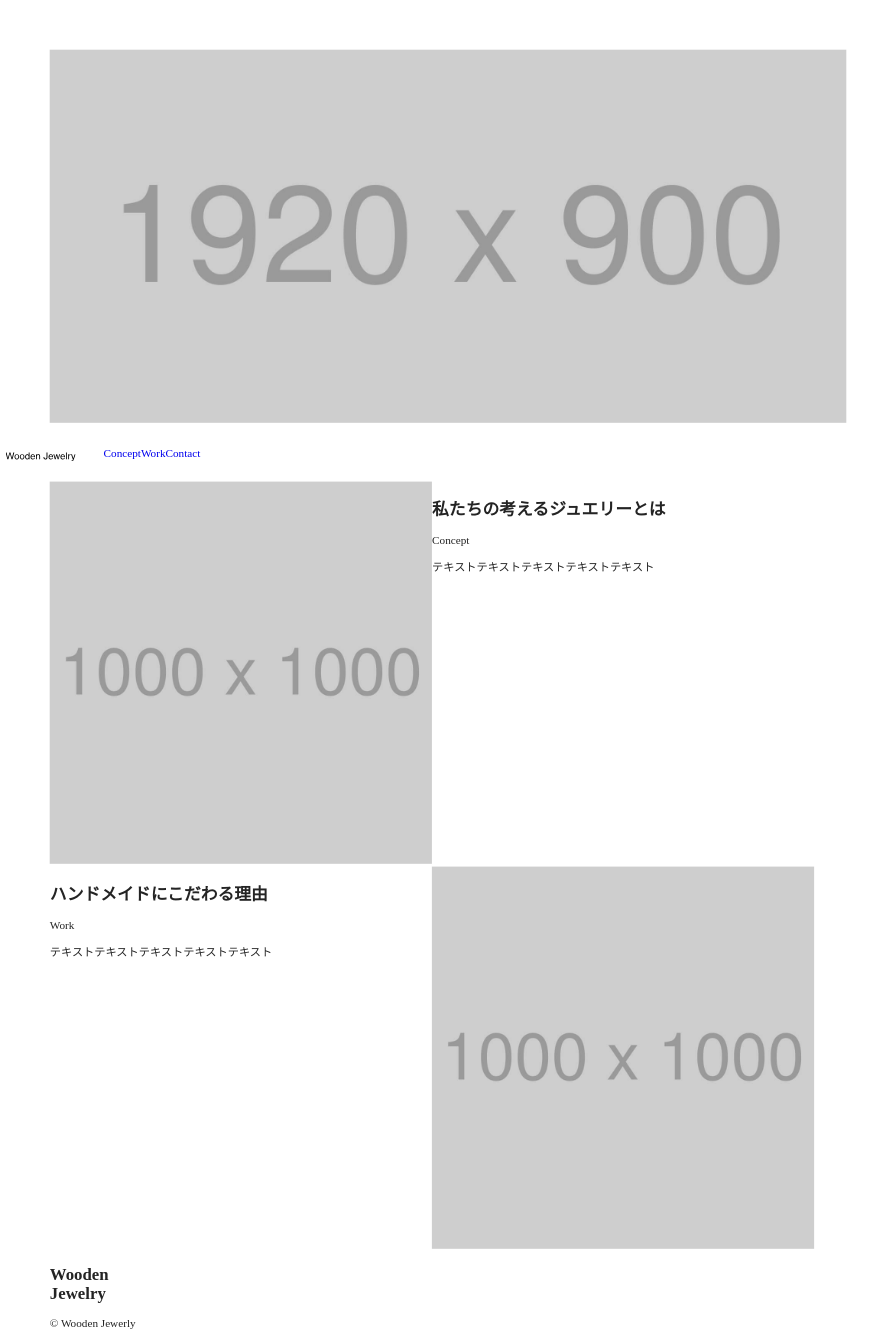
Repository: Fuki-san/jewelry
Page: http://localhost/jewelry
The author's editor kept a copy of each file at every save. The page is drawn from the files as they stood at one save, then again after the next save.
The browser window is 1280 px wide. The pictures show the whole page, at 70% of full size.
The page is served by the project's Laravel application, run on PHP 8.4 with Laravel 10. Other server files are loaded and not shown.

Above is the page before, as saved 2023-11-25 14:34:03.

### routes/web.php
<?php

use Illuminate\Support\Facades\Route;

/*
|--------------------------------------------------------------------------
| Web Routes
|--------------------------------------------------------------------------
|
| Here is where you can register web routes for your application. These
| routes are loaded by the RouteServiceProvider and all of them will
| be assigned to the "web" middleware group. Make something great!
|
*/

Route::get('/', function () {
    return view('welcome');
});

Route::get('jewelry', function () {
    return view('jewelry');
});

### resources/views/jewelry.blade.php
@extends('layouts.main')

@section('title', 'jewelry')

@section('content')
    <div id="mainvisual">
        <img src="img/mainvisual.jpg">
    </div>
    <header id="header">
        <h1 class="site-title"><a href="#"><img src="img/logo.svg"></a></h1>
        <nav>
            <ul>
                <li><a href="#concept">Concept</a></li>
                <li><a href="#work">Work</a></li>
                <li><a href="mailto:xxx@xxx.xxx?subject=お問い合わせ">Contact</a></li>
            </ul>
        </nav>
    </header>

    <div class="container">
        <main>
            <section id="concept" class="content">
                <div class="img">
                    <img src="img/concept.jpg">
                </div>
                <div class="text">
                    <h2 class="section-title">私たちの考えるジュエリーとは</h2>
                    <span class="section-title-en">Concept</span>
                    <p>テキストテキストテキストテキストテキスト</p>
                </div>
            </section>

            <section id="work" class="content">
                <div class="text">
                    <h2 class="section-title">ハンドメイドにこだわる理由</h2>
                    <span class="section-title-en">Work</span>
                    <p>テキストテキストテキストテキストテキスト</p>
                </div>
                <div class="img">
                    <img src="img/work.jpg">
                </div>
            </section>
        </main>

        <footer id="footer">
            <h2 class="site-title">Wooden Jewelry</h2>
            <p class="copyright">&copy; Wooden Jewerly</p>
        </footer>
    </div>

@endsection

### resources/views/layouts/main.blade.php
<!DOCTYPE html>
<html lang="ja">
<head>
    <meta charset="UTF-8">
    <meta name="viewport" content="width=device-width, initial-scale=1.0">
    <meta http-equiv="X-UA-Compatible" content="ie=edge">
    <link rel="stylesheet" href="{{ asset('css/reset.css') }}">
    <link rel="stylesheet" href="{{ asset('css/style.css') }}">
    <link rel="icon" href="img/favicon.ico">
    <title>@yield('title')</title>
</head>
<body>
    @yield('content')
</body>
</html>

### public/css/style.css
html{
    font-size: 100%;
}
body{
    /* font-family: ; */
    color: #242424;
    font-size: ;
}
li{
    list-style: none;
}
a{
    text-decoration: none;
}
.container{
    padding: 0 5%;
}

img{
    max-width: 100%;
}
.content{
    display: flex;
}
.img{
    width: 48%;
}
.text{
    width: 48%;
}

#mainvisual{
    padding: 5% 5% 0 5%;
}
.site-title{
    width: 100px;
}
#header{
    display: flex;
    align-items: center;
}
#header ul{
    display: flex;
}

### public/img/logo.svg
<?xml version="1.0" encoding="utf-8"?>
<!-- Generator: Adobe Illustrator 15.1.0, SVG Export Plug-In . SVG Version: 6.00 Build 0)  -->
<!DOCTYPE svg PUBLIC "-//W3C//DTD SVG 1.1//EN" "http://www.w3.org/Graphics/SVG/1.1/DTD/svg11.dtd">
<svg version="1.1" id="レイヤー_1" xmlns="http://www.w3.org/2000/svg" xmlns:xlink="http://www.w3.org/1999/xlink" x="0px"
	 y="0px" width="1000px" height="140px" viewBox="0 0 1000 140" enable-background="new 0 0 1000 140" xml:space="preserve">
<g>
	<path d="M39.405,111.195H25.498L0,13.294h14.317l18.271,79.63h0.273l21.952-79.63h14.454l21.953,79.63h0.273l18.271-79.63h14.59
		l-25.771,97.901H84.674l-22.362-81.13H62.04L39.405,111.195z"/>
	<path d="M160.348,37.837c22.771,0,33.133,19.226,33.133,37.634c0,18.407-10.362,37.633-33.133,37.633
		c-22.771,0-33.134-19.226-33.134-37.633C127.214,57.063,137.577,37.837,160.348,37.837z M160.348,102.741
		c17.18,0,20.726-17.726,20.726-27.27c0-9.545-3.545-27.271-20.726-27.271c-17.181,0-20.725,17.726-20.725,27.271
		C139.623,85.015,143.167,102.741,160.348,102.741z"/>
	<path d="M236.16,37.837c22.771,0,33.133,19.226,33.133,37.634c0,18.407-10.362,37.633-33.133,37.633
		c-22.771,0-33.134-19.226-33.134-37.633C203.026,57.063,213.389,37.837,236.16,37.837z M236.16,102.741
		c17.18,0,20.726-17.726,20.726-27.27c0-9.545-3.545-27.271-20.726-27.271c-17.181,0-20.725,17.726-20.725,27.271
		C215.435,85.015,218.979,102.741,236.16,102.741z"/>
	<path d="M342.105,111.195h-11.318v-9.817h-0.272c-5.182,9.681-13.362,11.863-20.316,11.863c-24.271,0-31.361-22.771-31.361-39.815
		c0-20.044,10.772-35.588,29.724-35.588c12.954,0,18.408,8.045,21.271,12.136l0.273-0.955V13.294h12V111.195z M310.471,102.877
		c7.637,0,19.499-5.044,19.499-23.998c0-11.59-1.909-30.271-19.226-30.271c-18.544,0-19.499,17.59-19.499,26.725
		C291.245,91.015,297.381,102.877,310.471,102.877z"/>
	<path d="M419.28,88.833c-0.408,3.409-3.681,13.499-12.681,19.499c-3.272,2.181-7.908,4.909-19.362,4.909
		c-20.043,0-31.907-15.135-31.907-35.725c0-22.089,10.636-39.679,34.225-39.679c20.589,0,30.679,16.363,30.679,41.588h-52.086
		c0,14.862,6.954,23.452,20.726,23.452c11.317,0,17.998-8.727,18.408-14.044H419.28z M407.827,69.88
		c-0.682-11.044-5.317-21.271-19.907-21.271c-11.045,0-19.771,10.227-19.771,21.271H407.827z"/>
	<path d="M492.638,111.195h-11.999V67.29c0-12.408-3.545-18.681-15.271-18.681c-6.817,0-18.817,4.363-18.817,23.726v38.86h-11.998
		V39.882h11.317v10.09h0.273c2.59-3.818,9.271-12.136,21.543-12.136c11.044,0,24.952,4.5,24.952,24.816V111.195z"/>
	<path d="M554.132,79.697v6.818c0,11.726,5.591,15.953,14.727,15.953c12.271,0,15.68-7.363,15.68-16.908V13.294h13.227v71.449
		c0,22.907-14.999,29.043-28.225,29.043c-22.771,0-27.815-15.272-27.815-24.407v-9.681H554.132z"/>
	<path d="M676.985,88.833c-0.409,3.409-3.682,13.499-12.681,19.499c-3.272,2.181-7.908,4.909-19.362,4.909
		c-20.044,0-31.906-15.135-31.906-35.725c0-22.089,10.636-39.679,34.225-39.679c20.589,0,30.679,16.363,30.679,41.588h-52.086
		c0,14.862,6.954,23.452,20.726,23.452c11.317,0,17.998-8.727,18.407-14.044H676.985z M665.531,69.88
		c-0.681-11.044-5.316-21.271-19.906-21.271c-11.045,0-19.771,10.227-19.771,21.271H665.531z"/>
	<path d="M715.574,111.195h-12.407l-20.59-71.313h13.091l13.634,56.041h0.273l13.771-56.041h13.362l13.908,56.041h0.273
		l14.453-56.041h11.998l-20.725,71.313h-12.409l-14.453-55.223h-0.272L715.574,111.195z"/>
	<path d="M847.153,88.833c-0.409,3.409-3.682,13.499-12.681,19.499c-3.272,2.181-7.908,4.909-19.362,4.909
		c-20.044,0-31.906-15.135-31.906-35.725c0-22.089,10.635-39.679,34.225-39.679c20.589,0,30.679,16.363,30.679,41.588h-52.086
		c0,14.862,6.954,23.452,20.726,23.452c11.317,0,17.998-8.727,18.407-14.044H847.153z M835.699,69.88
		c-0.682-11.044-5.316-21.271-19.906-21.271c-11.045,0-19.771,10.227-19.771,21.271H835.699z"/>
	<path d="M874.695,111.195h-11.998V13.294h11.998V111.195z"/>
	<path d="M906.327,111.195h-11.999V39.882h11.318v11.863h0.271c4.772-8.318,11.045-13.909,20.045-13.909
		c1.499,0,2.181,0.137,3.135,0.409v12.408h-4.499c-11.182,0-18.271,8.727-18.271,19.09V111.195z"/>
	<path d="M986.774,39.882H1000c-8.317,23.316-16.499,46.633-25.634,69.949c-11.317,28.907-12.544,30.543-27.953,30.543
		c-1.772,0-3.135-0.545-5.044-1.091v-10.908c1.499,0.545,3.954,1.227,7.227,1.227c6.272,0,6.954-1.772,12.681-16.499l-26.453-73.221
		h13.636l18.953,58.086h0.273L986.774,39.882z"/>
</g>
</svg>

After the next save:
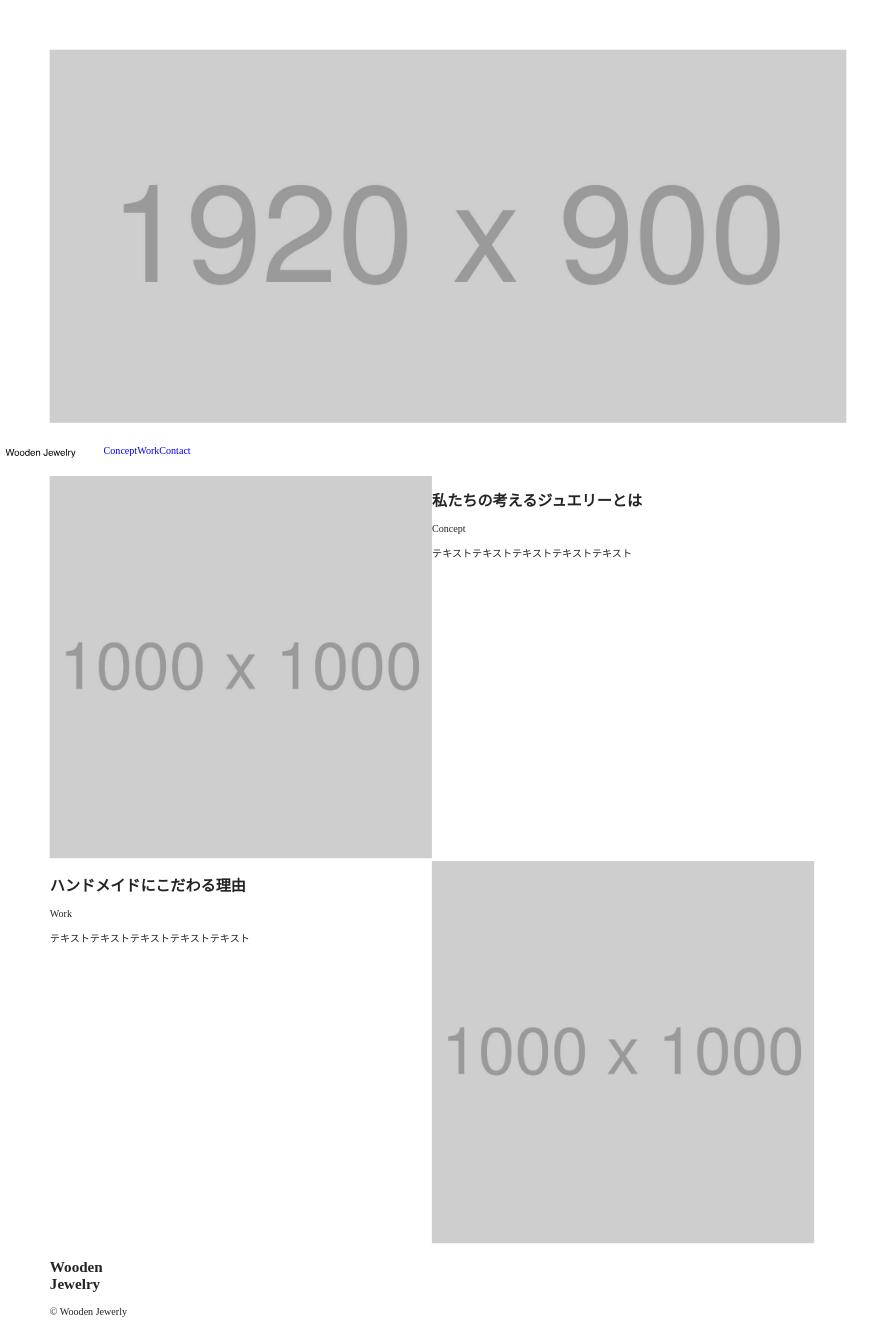
Saved 6 s later.
--- a/public/css/style.css
+++ b/public/css/style.css
@@ -4,7 +4,7 @@ html{
 body{
     /* font-family: ; */
     color: #242424;
-    font-size: ;
+    font-size: 0.9rem;
 }
 li{
     list-style: none;
